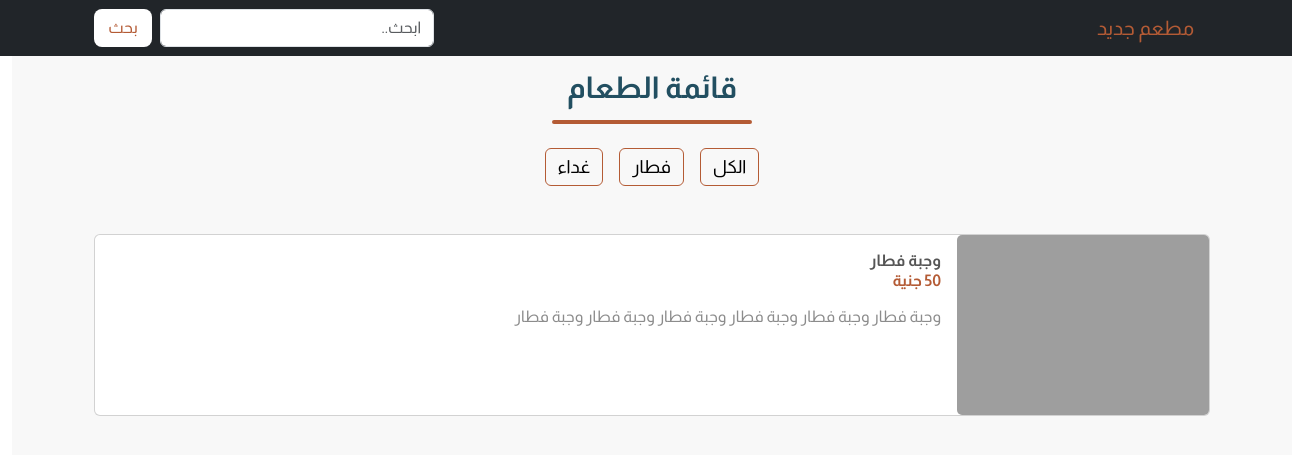
Repository: kerlos-alfy/Restaurant-Menu
Page: /
These files come from the project's save history. The page is drawn as it stood at one moment and after the next save; the edit follows.
The browser window is 1280 px wide. The page is 1292 px wide, so the pictures cover 1292 px, including what lies to the right of the window. The pictures show the whole page.
Pictures or frames that could not be fetched are drawn as grey boxes. Some web fonts or font styles are not loaded; a fallback is used. The project was rebuilt for these pictures with package versions that can differ from the ones it lists, and the page was loaded fresh each time. Also part of the build but not shown: vite.config.js, src/App.css.

Above is the page before, as saved 2024-12-20 01:31:10.

### index.html
<!DOCTYPE html>
<html lang="ar" dir="rtl">
	<head>
		<meta charset="UTF-8" />
		<link rel="icon" type="image/svg+xml" href="/vite.svg" />
		<link
			rel="stylesheet"
			href="https://cdn.jsdelivr.net/npm/bootstrap@5.3.2/dist/css/bootstrap.min.css"
			integrity="sha384-T3c6CoIi6uLrA9TneNEoa7RxnatzjcDSCmG1MXxSR1GAsXEV/Dwwykc2MPK8M2HN"
			crossorigin="anonymous" />
		<!-- Start Font Google Arabic  -->
		<link rel="preconnect" href="https://fonts.googleapis.com" />
		<link rel="preconnect" href="https://fonts.gstatic.com" crossorigin />
		<link
			href="https://fonts.googleapis.com/css2?family=Alkalami&family=Almarai:wght@300;400;700;800&family=Cairo:wght@200..1000&family=Rakkas&display=swap"
			rel="stylesheet" />
		<!-- End Font Google Arabic  -->
		<meta name="viewport" content="width=device-width, initial-scale=1.0" />
		<title>Vite + React</title>
	</head>
	<body>
		<div id="root"></div>
		<script type="module" src="/src/main.jsx"></script>
	</body>
</html>

### src/index.css
/* :root {
  font-family: Inter, system-ui, Avenir, Helvetica, Arial, sans-serif;
  line-height: 1.5;
  font-weight: 400;

  color-scheme: light dark;
  color: rgba(255, 255, 255, 0.87);
  background-color: #242424;

  font-synthesis: none;
  text-rendering: optimizeLegibility;
  -webkit-font-smoothing: antialiased;
  -moz-osx-font-smoothing: grayscale;
}

a {
  font-weight: 500;
  color: #646cff;
  text-decoration: inherit;
}
a:hover {
  color: #535bf2;
}

body {
  margin: 0;
  display: flex;
  place-items: center;
  min-width: 320px;
  min-height: 100vh;
}

h1 {
  font-size: 3.2em;
  line-height: 1.1;
}

button {
  border-radius: 8px;
  border: 1px solid transparent;
  padding: 0.6em 1.2em;
  font-size: 1em;
  font-weight: 500;
  font-family: inherit;
  background-color: #1a1a1a;
  cursor: pointer;
  transition: border-color 0.25s;
}
button:hover {
  border-color: #646cff;
}
button:focus,
button:focus-visible {
  outline: 4px auto -webkit-focus-ring-color;
}

@media (prefers-color-scheme: light) {
  :root {
    color: #213547;
    background-color: #ffffff;
  }
  a:hover {
    color: #747bff;
  }
  button {
    background-color: #f9f9f9;
  }
} */

.color-body {
	background-color: #f8f8f8;
	height: 100vh;
}
.font {
	font-family: "Almarai", sans-serif;
}
.title {
	color: #224f61;
	font-family: Almarai;
	font-size: 30px;
	font-weight: bold;
	letter-spacing: 0;
	line-height: 64px;
}
.underline {
	height: 1px;
	width: 200px;
	border-radius: 10px;
	border: 2px solid #b45b35;
}
.btn {
	color: black;
	font-family: Almarai;
	font-size: 18px;
	letter-spacing: 0;
	line-height: 24px;
}
.btn:hover {
	color: black;
	font-family: Almarai;
	font-size: 18px;
	font-weight: bold;
	letter-spacing: 0;
	line-height: 24px;
	border-radius: 11px;
	border: none;
	background-color: #b45b35;
}
.img-item {
	height: 180px;
	width: 252px;
	border-radius: 5px;
}
.item-description {
	color: #8c8c8c;
	font-family: Almarai;
	font-size: 16px;
	letter-spacing: 0;
	line-height: 20px;
}
.item-title {
	color: #555555;
	font-family: Almarai;
	font-size: 16px;
	font-weight: bold;
	letter-spacing: 0;
	line-height: 20px;
}
.card-color {
	background-color: #f8f8f8;
}
.item-price {
	color: #b45b35;
	font-family: Almarai;
	font-size: 16px;
	font-weight: bold;
	letter-spacing: 0;
	line-height: 20px;
}
.btn-search {
	border: none;
	cursor: pointer;
	color: #b45b35;
	border-radius: 3px solid #b45b35;
	border-radius: 8px;
	background-color: white;
	width: 72px;
	font-weight: 500;
}
.btn-search:hover {
	color: white;
	border-radius: 3px solid white;
	background-color: #b45b35;
	border-radius: 8px;
}
.brand-color {
	color: #b45b35;
}

### src/App.jsx
import { Container } from "react-bootstrap";
import "./App.css";
import NavBar from "./components/NavBar";
import Header from "./components/Header";
import Category from "./components/Category";
import ItemsList from "./components/ItemsList";
function App() {
	return (
		<div className="color-body font">
			<NavBar />
			<Container>
				<Header />
				<Category />
				<ItemsList />
			</Container>
		</div>
	);
}

export default App;

### src/components/NavBar.jsx
import { Navbar, Container, Row, Nav, Form, FormControl } from "react-bootstrap";
const NavBar = () => {
	return (
		<Row>
			<Navbar bg="dark" expand="lg" variant="dark">
				<Container>
					<Navbar.Brand href="#">
						<div className="brand-color">مطعم جديد</div>
					</Navbar.Brand>
					<Navbar.Toggle aria-controls="navbarScroll" />
					<Navbar.Collapse id="navbarScroll">
						<Nav className="me-auto my-2 my-lg-0" style={{ maxHeight: "100px" }} navbarScroll></Nav>
						<Form className="d-flex">
							<FormControl type="text" placeholder="ابحث.." className="mx-2" />
							<button className="btn-search">بحث</button>
						</Form>
					</Navbar.Collapse>
				</Container>
			</Navbar>
		</Row>
	);
};

export default NavBar;

### src/components/Header.jsx
import { Col, Row } from "react-bootstrap";

const Header = () => {
	return (
		<Row>
			<Col sm="12" className="text-center justify-content-center">
				<div className="title">قائمة الطعام </div>
				<div className="justify-content-center d-flex">
					<p className="underline"></p>
				</div>
			</Col>
		</Row>
	);
};

export default Header;

### src/components/Category.jsx
import { Col, Row } from "react-bootstrap";

const Category = () => {
	return (
		<Row className="my-2 mb-5">
			<Col sm="12" className=" justify-content-center d-flex">
				<div>
					<button style={{ border: "1px solid #b45b35" }} className="btn mx-2">
						الكل
					</button>
					<button style={{ border: "1px solid #b45b35" }} className="btn mx-2">
						فطار
					</button>
					<button style={{ border: "1px solid #b45b35" }} className="btn mx-2">
						غداء
					</button>
				</div>
			</Col>
		</Row>
	);
};

export default Category;

### src/components/ItemsList.jsx
import { Card, Col, Row } from "react-bootstrap";

const ItemsList = () => {
	return (
		<Row>
			<Col sm="12" className="mb-3">
				<Card className="d-flex flex-row">
					<Card.Img className="img-item" variant="top" src="https://ichef.bbci.co.uk/food/ic/food_16x9_832/recipes/spicy_salmon_bite_rice_16300_16x9.jpg" />
					<Card.Body>
						<Card.Title>
							<div className="item-title">وجبة فطار</div>
							<div className="item-price"> 50 جنية</div>
						</Card.Title>
						<Card.Text className="py-2">
							<div className="item-description">وجبة فطار وجبة فطار وجبة فطار وجبة فطار وجبة فطار وجبة فطار</div>
						</Card.Text>
					</Card.Body>
				</Card>
			</Col>
		</Row>
	);
};

export default ItemsList;

Loaded but not shown: src/main.jsx (common file)

After the next save:
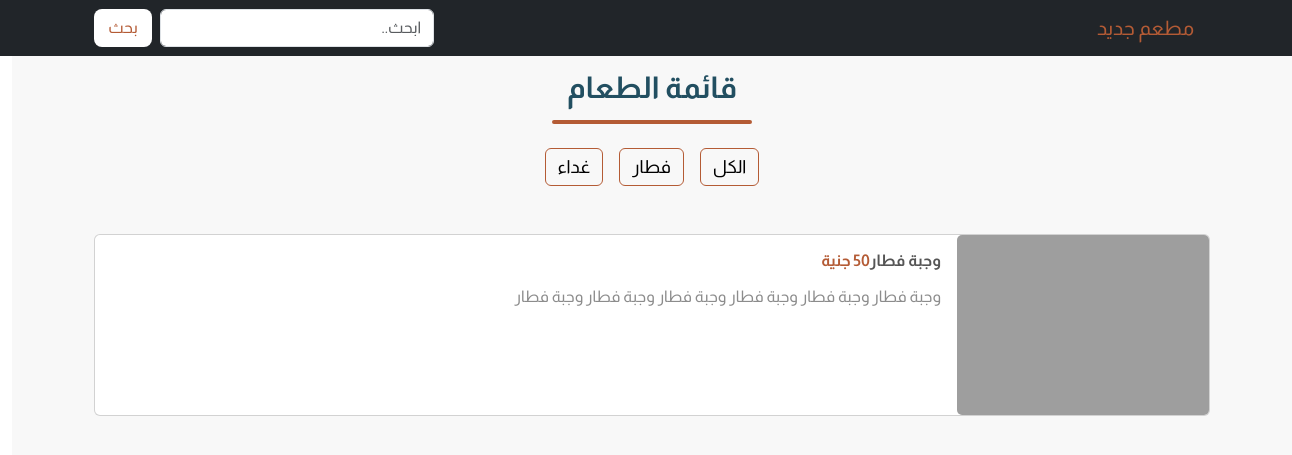
Saved 43 s later.
--- a/src/components/ItemsList.jsx
+++ b/src/components/ItemsList.jsx
@@ -7,7 +7,7 @@ const ItemsList = () => {
 				<Card className="d-flex flex-row">
 					<Card.Img className="img-item" variant="top" src="https://ichef.bbci.co.uk/food/ic/food_16x9_832/recipes/spicy_salmon_bite_rice_16300_16x9.jpg" />
 					<Card.Body>
-						<Card.Title>
+						<Card.Title className="d-flex">
 							<div className="item-title">وجبة فطار</div>
 							<div className="item-price"> 50 جنية</div>
 						</Card.Title>
